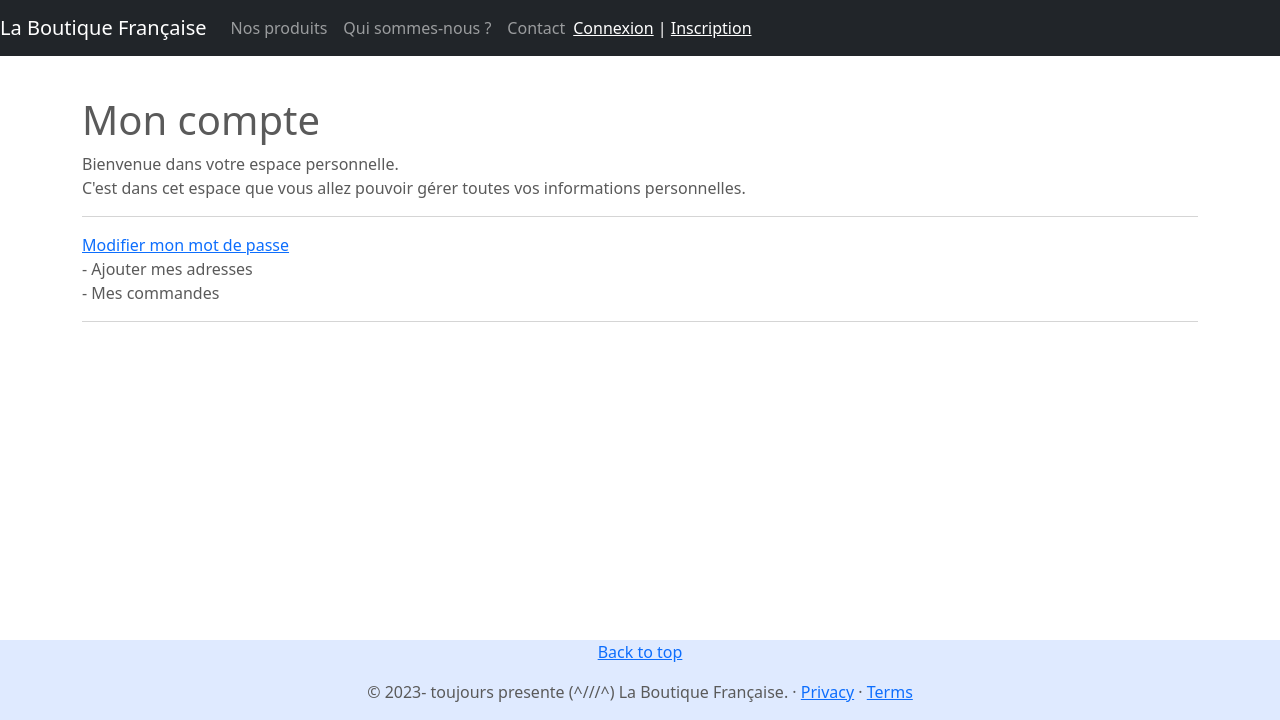
Repository: Coulibaly00180/laboutiquefrancaise
Page: templates/account/index.html.twig
An editor plug-in stored every save of this project. The page is shown before and after the next save, followed by the edit.
The browser window is 1280 px wide. The pictures show the whole page.
The page is a Twig template of a Symfony application; nobody is signed in and links lead nowhere. The template is opened directly, without the code that normally fills it, so the values that code supplies are empty.

Above is the page before, as saved 2023-03-03 17:52:06.

After the next save:
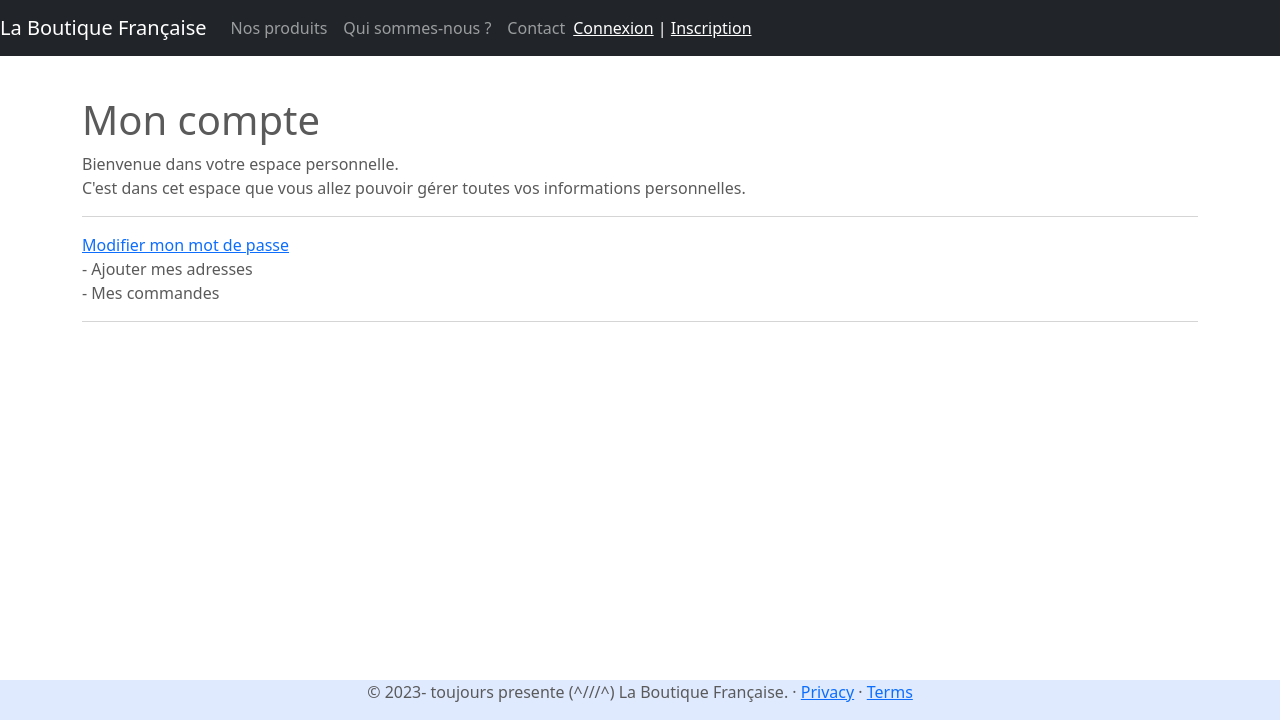
Saved 63 s later.
--- a/templates/base.html.twig
+++ b/templates/base.html.twig
@@ -132,7 +132,6 @@
 
         <!-- FOOTER -->
         <footer class="footer-custom">
-            <p class="float-right"><a href="#">Back to top</a></p>
             <p>&copy; 2023- toujours presente (^///^) La Boutique Française. &middot; <a href="#">Privacy</a> &middot; <a href="#">Terms</a></p>
         </footer>
     </main>
